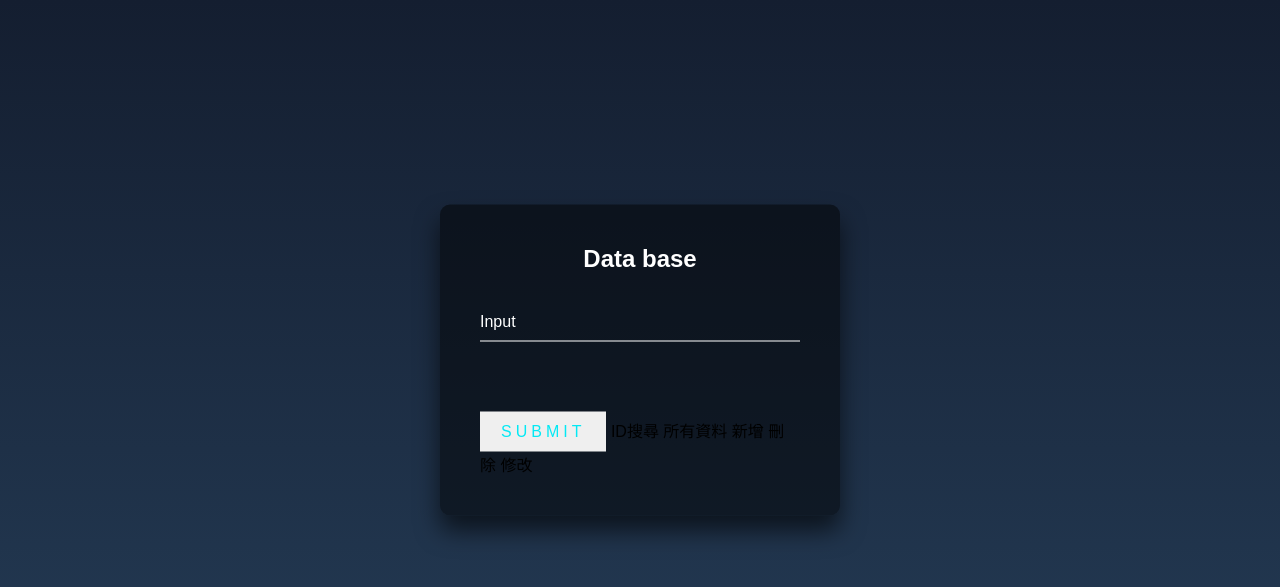
Repository: Ray917x/JaveEEforProject
Page: JSP/src/main/webapp/project/MainPageCSS.html
These files come from the project's save history. The page is drawn as it stood at one moment and after the next save; the edit follows.
The browser window is 1280 px wide. The pictures show the whole page.

Above is the page before, as saved 2022-09-14 06:56:36.

### JSP/src/main/webapp/project/MainPageCSS.html
<!DOCTYPE html>
<html lang="en">

<head>
<meta charset="UTF-8">
<meta http-equiv="X-UA-Compatible" content="IE=edge">
<meta name="viewport" content="width=device-width, initial-scale=1.0">
<title>Document</title>
<style>
html {
	height: 100%;
}

body {
	margin: 0;
	padding: 0;
	font-family: sans-serif;
	background: linear-gradient(#141e30, #243b55);
}

.login-box {
	position: absolute;
	top: 50%;
	left: 50%;
	width: 400px;
	padding: 40px;
	transform: translate(-50%, -50%);
	background: rgba(0, 0, 0, .5);
	box-sizing: border-box;
	box-shadow: 0 15px 25px rgba(0, 0, 0, .6);
	border-radius: 10px;
}

.login-box h2 {
	margin: 0 0 30px;
	padding: 0;
	color: #fff;
	text-align: center;
}

.login-box .user-box {
	position: relative;
}

.login-box .user-box input {
	width: 100%;
	padding: 10px 0;
	font-size: 16px;
	color: #fff;
	margin-bottom: 30px;
	border: none;
	border-bottom: 1px solid #fff;
	outline: none;
	background: transparent;
}

.login-box .user-box label {
	position: absolute;
	top: 0;
	left: 0;
	padding: 10px 0;
	font-size: 16px;
	color: #fff;
	pointer-events: none;
	transition: .5s;
}

.login-box .user-box input:focus ~label, .login-box .user-box input:valid
	~label {
	top: -20px;
	left: 0;
	color: #03e9f4;
	font-size: 12px;
}
.button{
margin:0;
padding:0;
border:1px solid transparent;
outline:none;
}

.login-box form .button {
	position: relative;
	display: inline-block;
	padding: 10px 20px;
	color: #03e9f4;
	font-size: 16px;
	text-decoration: none;
	text-transform: uppercase;
	overflow: hidden;
	transition: .5s;
	margin-top: 40px;
	letter-spacing: 4px
}

.login-box .button:hover {
	background: #03e9f4;
	color: #fff;
	border-radius: 5px;
	box-shadow: 0 0 5px #03e9f4, 0 0 25px #03e9f4, 0 0 50px #03e9f4, 0 0
		100px #03e9f4;
}

.login-box .button span {
	position: absolute;
	display: block;
}

.login-box .button span:nth-child(1) {
	top: 0;
	left: -100%;
	width: 100%;
	height: 2px;
	background: linear-gradient(90deg, transparent, #03e9f4);
	animation: btn-anim1 1s linear infinite;
}

@
keyframes btn-anim1 { 0% {
	left: -100%;
}

50
%
,
100
%
{
left
:
100%;
}
}
.login-box .button span:nth-child(2) {
	top: -100%;
	right: 0;
	width: 2px;
	height: 100%;
	background: linear-gradient(180deg, transparent, #03e9f4);
	animation: btn-anim2 1s linear infinite;
	animation-delay: .25s
}

@
keyframes btn-anim2 { 0% {
	top: -100%;
}

50
%
,
100
%
{
top
:
100%;
}
}
.login-box .button span:nth-child(3) {
	bottom: 0;
	right: -100%;
	width: 100%;
	height: 2px;
	background: linear-gradient(270deg, transparent, #03e9f4);
	animation: btn-anim3 1s linear infinite;
	animation-delay: .5s
}

@
keyframes btn-anim3 { 0% {
	right: -100%;
}

50
%
,
100
%
{
right
:
100%;
}
}
.login-box .button span:nth-child(4) {
	bottom: -100%;
	left: 0;
	width: 2px;
	height: 100%;
	background: linear-gradient(360deg, transparent, #03e9f4);
	animation: btn-anim4 1s linear infinite;
	animation-delay: .75s
}

@
keyframes btn-anim4 { 0% {
	bottom: -100%;
}
50
%
,
100
%
{
bottom
:
100%;
}
}
</style>
</head>

<body>
	<div class="login-box">
		<h2>Data base</h2>
		<form method="post" action="/JSP/AnimalGetJSTL">
			<div class="user-box">
				<input type="text" name="animal_id" required> <label>Input</label>
			</div>

			<input type="submit" class="button"><span></span>
				<span></span> <span></span> <span></span> ID搜尋</input>
				 <a
				formaction="/JSP/AnimalGetAllJSTL"> <span></span> <span></span>
				<span></span> <span></span> 所有資料
			</a> <a formaction="AnimalCreate.html"> <span></span> <span></span> <span></span>
				<span></span> 新增
			</a> <a formaction="/JSP/AnimalDelete"> <span></span> <span></span> <span></span>
				<span></span> 刪除
			</a> <a formaction="/JSP/AnimalGetUpdateJSTL"> <span></span> <span></span>
				<span></span> <span></span> 修改
			</a>
		</form>
	</div>
</body>

</html>

After the next save:
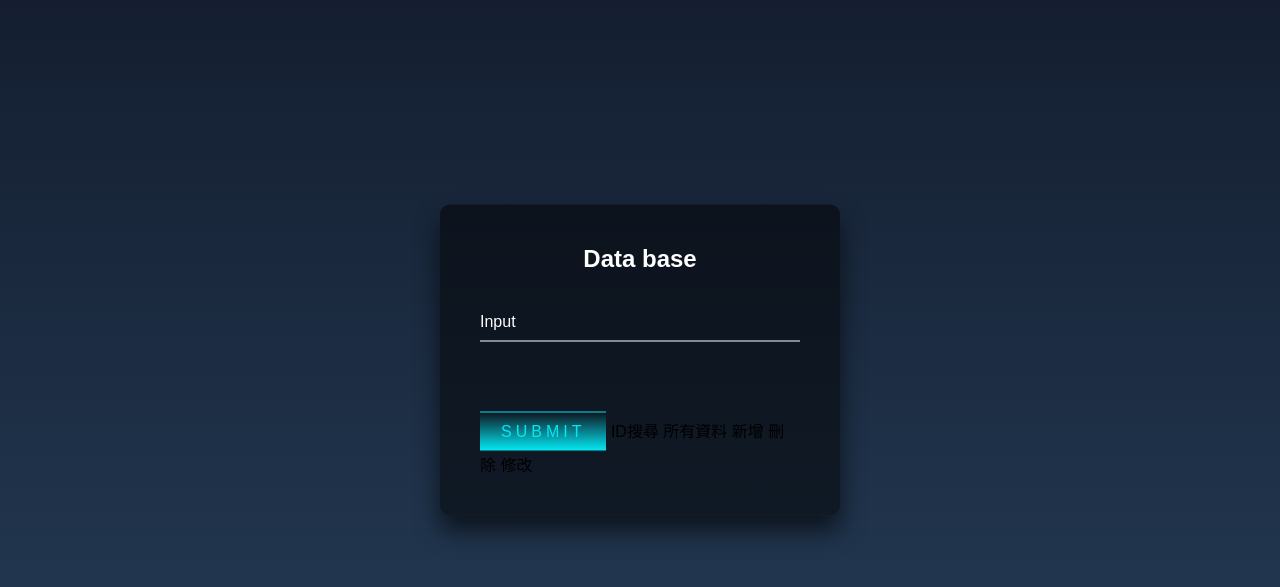
Saved 3 min 28 s later.
--- a/JSP/src/main/webapp/project/MainPageCSS.html
+++ b/JSP/src/main/webapp/project/MainPageCSS.html
@@ -77,6 +77,9 @@ margin:0;
 padding:0;
 border:1px solid transparent;
 outline:none;
+background: linear-gradient(180deg, transparent, #03e9f4);
+	animation: btn-anim2 1s linear infinite;
+	animation-delay: .25s
 }
 
 .login-box form .button {
